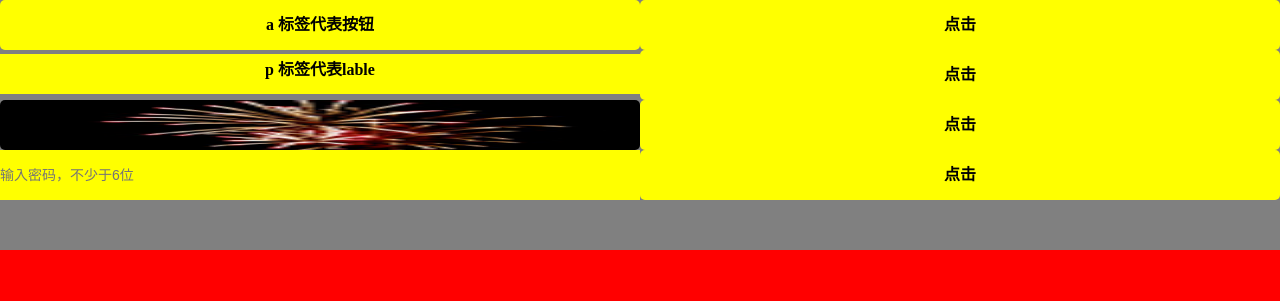
Repository: wangxinjun08231116/Html5Views
Page: WangXinJun/WebContent/htmls/ChangYongMark/ChangYongMark.html
An editor plug-in stored every save of this project. The page is shown before and after the next save, followed by the edit.
The browser window is 1280 px wide. The pictures show the whole page.

Above is the page before, as saved 2015-02-04 02:00:28.

### WangXinJun/WebContent/htmls/ChangYongMark/ChangYongMark.html
<!DOCTYPE html>
<html>
<head>
<meta http-equiv="Content-Type" content="text/html; charset=utf-8">
<title>test</title>
	<script type="text/javascript" src="/WangXinJun/js/ChangYongMark/ChangYongMark.js"></script>
 	<link href="/WangXinJun/css/ChangYongMark/ChangYongMark.css" rel="stylesheet" type="text/css"/>
</head>
<body>

<!--aMark  -->
<div class="divItem" >
	<a id="aMark">a 标签代表按钮</a>
	<a onclick="show_aMark(this); return false;">点击</a>
</div>

<!--pMark  -->
<div class="divItem" >
	<p id="pMark">p 标签代表lable</p>
	<a onclick="show_pMark(this); return false;">点击</a>
</div>


<!--imgMark  -->
<div class="divItem" >
	<img id="imgMark" src="/WangXinJun/images/js06/thumbnail_fireworks.jpg" alt="Fireworks" />
	<a onclick="show_imgMark(this); return false;">点击</a>
</div>


<!--input  -->
<div class="divItem" >
    <input id="inputMark" class="text-box" type="tel" maxlength="8" placeholder="输入密码，不少于6位" data-value="输入密码，不少于6位" onkeyup="checkfade2(this)">
	<a onclick="show_inputMark(this); return false;">点击</a>
</div>


<div class="divItem" >
 <!-- <a onclick="show_inputMark(this); return false;">点击</a> -->
</div>


</body>
</html>

### WangXinJun/WebContent/js/ChangYongMark/ChangYongMark.js

// 作用 a 标签。
function show_aMark(whichpic) {
//  alert("I am an alert box!!");
//	getElementById
  var aMark = document.getElementById("aMark");
//  设置属性。
  aMark.style.cssText = "background-color:blue";
}

//作用 p 标签。
function show_pMark(whichpic) {
//  alert("I am an alert box!!");
//	getElementById
  var pMark = document.getElementById("pMark");
//  设置属性。
  pMark.style.cssText = "background-color:blue";
}


//作用 img 标签。
function show_imgMark(whichpic) {
//	getElementById
  var pMark = document.getElementById("imgMark");
//  设置属性。
  pMark.setAttribute("src","/WangXinJun/images/js06/thumbnail_coffee.jpg");
}

//作用 input 标签。
function show_inputMark(whichpic) {
//	getElementById
  var inputMark = document.getElementById("inputMark");
//  设置属性。
  inputMark.style.cssText = "background-color:blue";
}


//作用 textarea 标签。
function show_textareaMark(whichpic) {
//	getElementById
  var textareaMark = document.getElementById("textareaMark");
//  设置属性。
  textareaMark.style.cssText = "background-color:blue";
}

### WangXinJun/WebContent/css/ChangYongMark/ChangYongMark.css
* {margin:0;padding:0;}

html{
	height:100%;width:100%;
	background-color:green;

}
body {height:100%;width:100%;
	background-color:red;
}

.divItem{
		background-color:gray;
	    margin-top : 15px;
	    width:100%;
	    height:50px;
		margin:auto;
}

a{
	background-color:yellow;
	width:50%;
    height:100%;
    line-height:50px;
    font-weight: bold;
    font-size: 16px;
    text-align:center;
    /*设置宽高有用*/
    display: block;
    /*向左排布，不换行  */
    float:left;
    border-radius: 5px;

}

p{
	background-color:yellow;
	width:50%;
    height:80%;
    line-height:32px;
    font-weight: bold;
    font-size: 16px;
    text-align:center;
    /*设置宽高有用*/
    display: block;
    /*向左排布，不换行  */
    float:left;
	margin-top:4px;

}


img{
	background-color:yellow;
	width:50%;
    height:100%;
    line-height:50px;
    font-weight: bold;
    font-size: 16px;
    text-align:center;
    /*设置宽高有用*/
    display: block;
    /*向左排布，不换行  */
    float:left;
    border-radius: 5px;

}


/*input  */
input {
	float:left;
    border: medium none;
    color: #999;
	background-color:yellow;
    font-size: 14px;
    height:100%;
	width:50%;
    border: 0 10px;
}

After the next save:
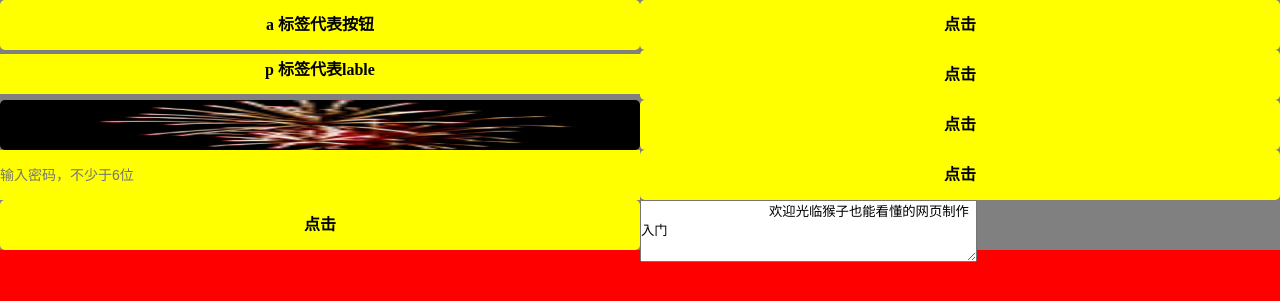
Saved 6 s later.
--- a/WangXinJun/WebContent/htmls/ChangYongMark/ChangYongMark.html
+++ b/WangXinJun/WebContent/htmls/ChangYongMark/ChangYongMark.html
@@ -36,7 +36,10 @@
 
 
 <div class="divItem" >
- <!-- <a onclick="show_inputMark(this); return false;">点击</a> -->
+	<textarea id="textareaMark" name="MSG" cols=40 rows=4>
+		欢迎光临猴子也能看懂的网页制作入门
+	</textarea>
+  <a onclick="show_textareaMark(this); return false;">点击</a>
 </div>
 
 
